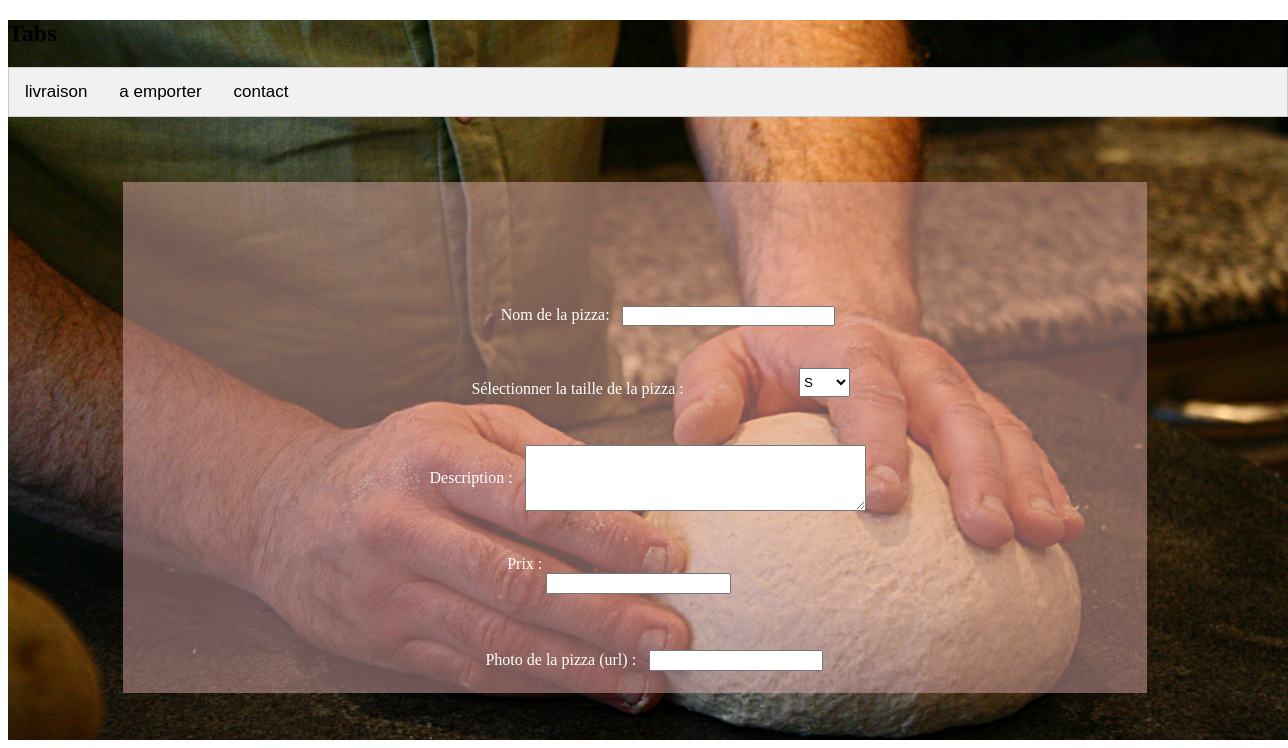
Repository: dev84-unalien/pippo_pizza
Page: admin.html
An editor plug-in stored every save of this project. The page is shown before and after the next save, followed by the edit.
The browser window is 1280 px wide. The page is 1288 px wide, so the pictures cover 1288 px, including what lies to the right of the window. The pictures show the whole page.

Above is the page before, as saved 2019-09-10 16:16:23.

### admin.html
<!DOCTYPE html>
<html lang="en">

<head>
    <meta charset="UTF-8">
    <meta name="viewport" content="width=device-width, initial-scale=1.0">
    <meta http-equiv="X-UA-Compatible" content="ie=edge">
    <title>pizzaria pippo</title>
    <link rel="stylesheet" href="admin.css">
    <script src="jquery-3.4.1.min.js"></script>
    <script src="admin.js"></script>

</head>

<body>
    <div id=unos>
        <div id=commande>

            <h2>Tabs</h2>


            <div class="tab">
                <button class="tablinks" onclick="openCity(event, 'livraison')">livraison</button>
                <button class="tablinks" onclick="openCity(event, 'emporter')">a emporter</button>
                <button class="tablinks" onclick="openCity(event, 'contact')">contact</button>
            </div>

            <div id="livraison" class="tabcontent">
                <h3>livraison</h3>
            </div>

            <div id="emporter" class="tabcontent">
                <h3>emporter</h3>

            </div>

            <div id="contact" class="tabcontent">
            </div>
            </form>

         <div id="body">
            <div id="Gcadre">
                 <div id="Nom">Nom de la pizza:<input id="écriture"></input></div>
                  <div id="Taille">
                  <p>Sélectionner la taille de la pizza :</p>
                   <select >
                         <option value="S">S</option>
                         <option value="M">M</option>
                         <option value=">L">L</option>
                         <option value="XL">XL</option>
                         <option value="XXL">XXL</option>
                     </select>
                </div>
                <div id="Description">Description :<TEXTAREA name="desc" rows=4 cols=40></TEXTAREA></div>
                <div id="Prix">Prix : <input id="prix1"></input></div>

                <div id="Image"> Photo de la pizza (url) :<input id="imgpizza"></input></div>
            </div>

        </div>
    </div>
</body>

</html>

### admin.css
#unos {
  height: 100vh;
  width: 100vw;
  background-image: url("images/ajoutpizza.jpg");
  justify-content: cover;
  background-size: 100vw;
}
#body{
    width: 100vw;
    height: 80vh;
    display: flex;
  flex-direction: column;
  justify-content: center;
  align-content: center;
}
#Gcadre {
  display: flex;
  flex-direction: column;
  justify-content: space-around;
  align-items: center;
  width: 80vw;
  height: 80vh;
  background-color: rgba(216, 166, 166, 0.5);
  margin-left: 9vw;
  margin-top:9vh;
  color: white;
}

#Nom {
  margin-left: 9vw;
  display: flex;
  color: white;
  margin-top: 8vw;
  width: 30vw;
  height:2vh;
}
#écriture{
  width:16vw;
  height:2vh;
  margin-left:1vw;
}

#Taille {
  margin-right: 6vw;
  display: flex;
  justify-content: center;
  align-content: center;
  width: 80vw;
  height: 5vh;
}
select {
  width: 4vw;
  height: 4vh;
  margin-top: 0.5vh;
  margin-left: 9vw;
}

#Description{
  margin-left: 2vw;
  size: 5rem;
  display: flex;
  justify-content: center;
  align-items: center;

}
#Prix{
  width: 20vw;
  height: 4vw;

}
#prix1{
  margin-left:3vw;
}
#imgpizza{
width: 13vw;
margin-left:1vw;
}
#Image{
  margin-left: 3vw;
}
TEXTAREA{
  margin-left:1vw;

}
p {
  color: white;
  margin-left: 10vw;
}

#formulaire {
  height: 50%;
  width: 50%;
  background-color: aliceblue;
}

#livraison {
  background-color: aquamarine;
}

#emporter {
  background-color: beige;
}
#contact {
  background-color: powderblue;
}

.tab {
  overflow: hidden;
  border: 1px solid #ccc;
  background-color: #f1f1f1;
}

/* Style the buttons inside the tab */

.tab button {
  background-color: inherit;
  float: left;
  border: none;
  outline: none;
  cursor: pointer;
  padding: 14px 16px;
  transition: 0.3s;
  font-size: 17px;
}

/* Change background color of buttons on hover */

.tab button:hover {
  background-color: red;
}

/* Create an active/current tablink class */

.tab button.active {
  background-color: red;
}

/* Style the tab content */

.tabcontent {
  display: none;
  padding: 6px 12px;
  border: 1px solid red;
  border-top: none;
}

Loaded but not shown: jquery-3.4.1.min.js (library); admin.js (no copy from this time; the picture is the same without it)

After the next save:
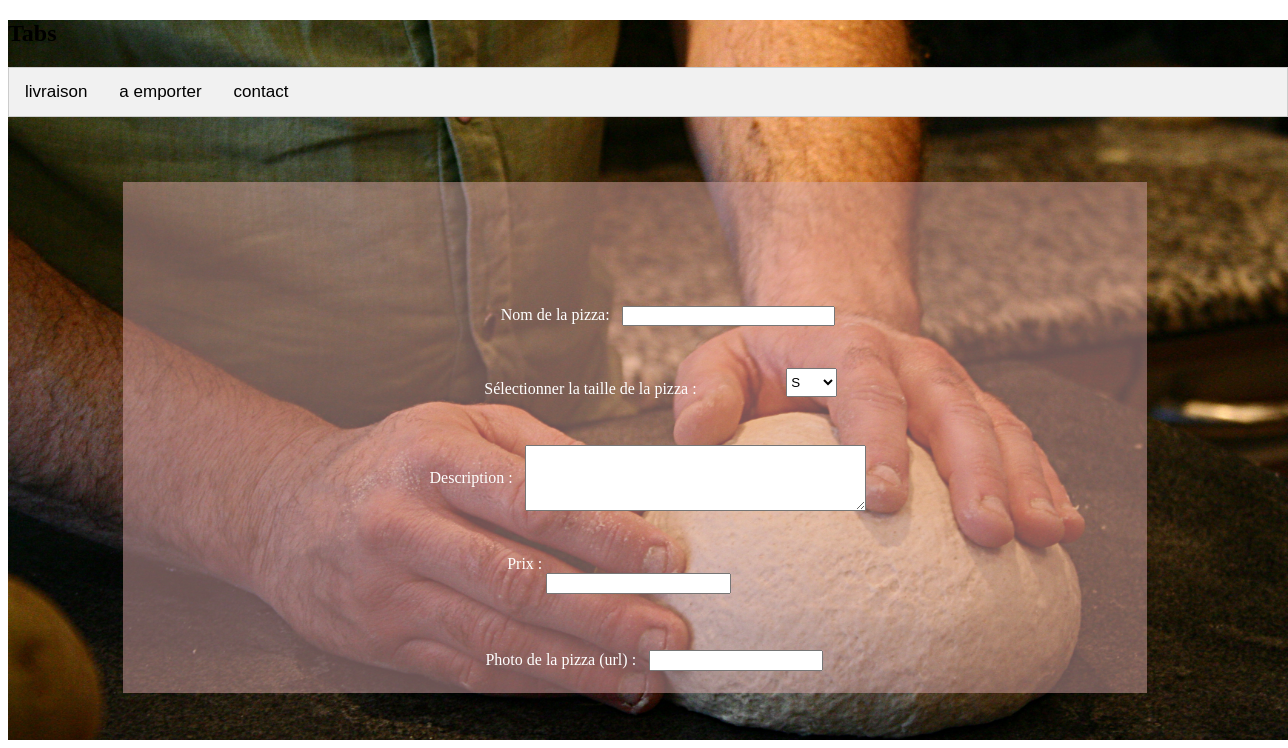
Saved 4 s later.
--- a/admin.css
+++ b/admin.css
@@ -52,7 +52,7 @@ select {
   width: 4vw;
   height: 4vh;
   margin-top: 0.5vh;
-  margin-left: 9vw;
+  margin-left: 7vw;
 }
 
 #Description{
